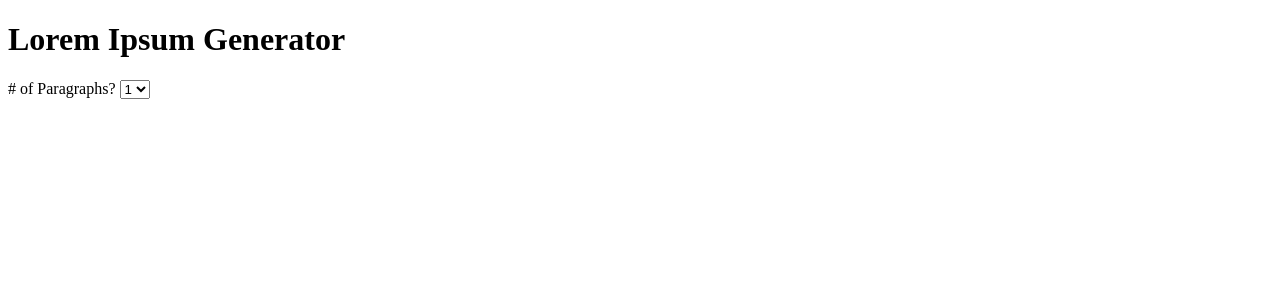
Repository: developergrace/cosw30
Page: labwork/lab4/generator_form.html
The author's editor kept a record of every edit. The page is drawn from the files as they stood at one moment, then again after the next edit.
The browser window is 1280 px wide. The pictures show the whole page.

Above is the page before.

### labwork/lab4/generator_form.html
<!DOCTYPE HTML>
<html>
    <head>
        <meta charset="utf-8">
        <title>Lorem Ipsum Generator</title>
    </head>
    <body>
        <h1>Lorem Ipsum Generator</h1>
        <form action="generator.php" method="POST">
            <label for="paragraphs"># of Paragraphs?</label>
            <select id="paragraphs" name="paragraphs">
                <option value="1">1</option>
                <option value="2">2</option>
                <option value="3">3</option>
                <option value="4">4</option>
                <option value="5">5</option>
            </select>
        </form>

    </body>
</html>

After the next edit:
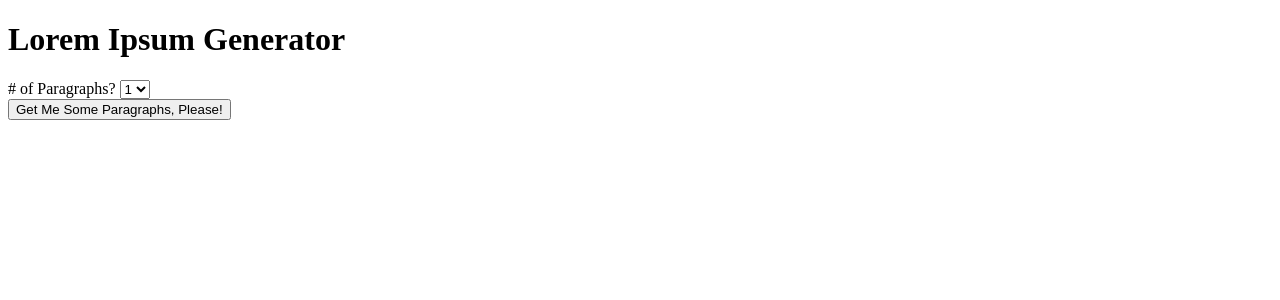
The edit:
--- a/labwork/lab4/generator_form.html
+++ b/labwork/lab4/generator_form.html
@@ -16,6 +16,7 @@
                 <option value="5">5</option>
             </select>
         </form>
+        <button>Get Me Some Paragraphs, Please!</button>
 
     </body>
 </html>
